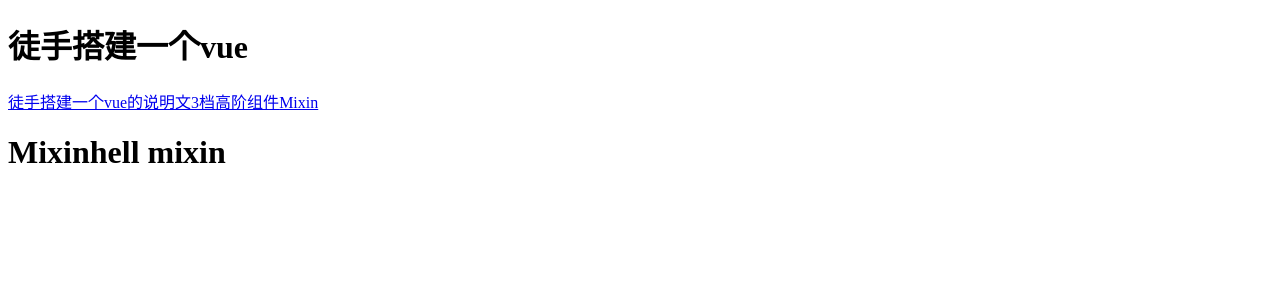
Repository: yuWhy/vue-build-cli
Page: /#/mixinDome
An editor plug-in stored every save of this project. The page is shown before and after the next save, followed by the edit.
The browser window is 1280 px wide. The pictures show the whole page.
The project was rebuilt for these pictures with package versions that can differ from the ones it lists, and the page was loaded fresh each time. Also part of the build but not shown: webpack.config.js, src/router/index.js.

Above is the page before, as saved 2021-02-22 15:34:03.

After the next save:
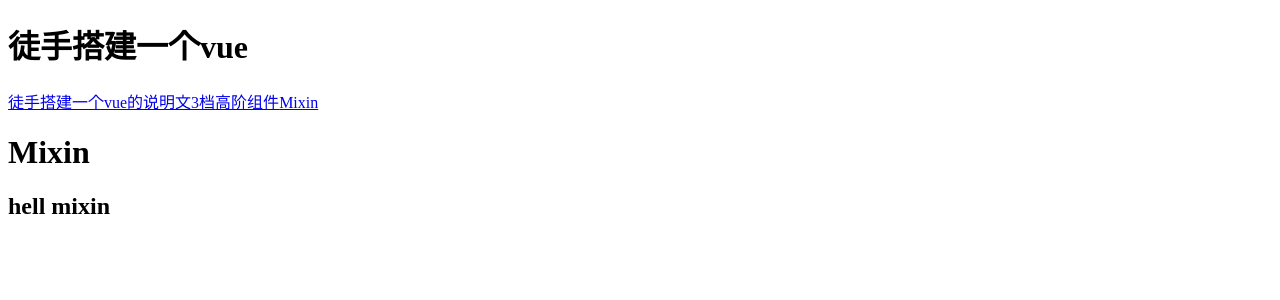
Saved 11 s later.
--- a/src/pages/MixinDome/index.vue
+++ b/src/pages/MixinDome/index.vue
@@ -1,6 +1,7 @@
 <template>
   <div>
-    <h1>Mixin{{msg}}</h1>
+    <h1>Mixin</h1>
+    <h2>{{msg}}</h2>
   </div>
 </template>
 
